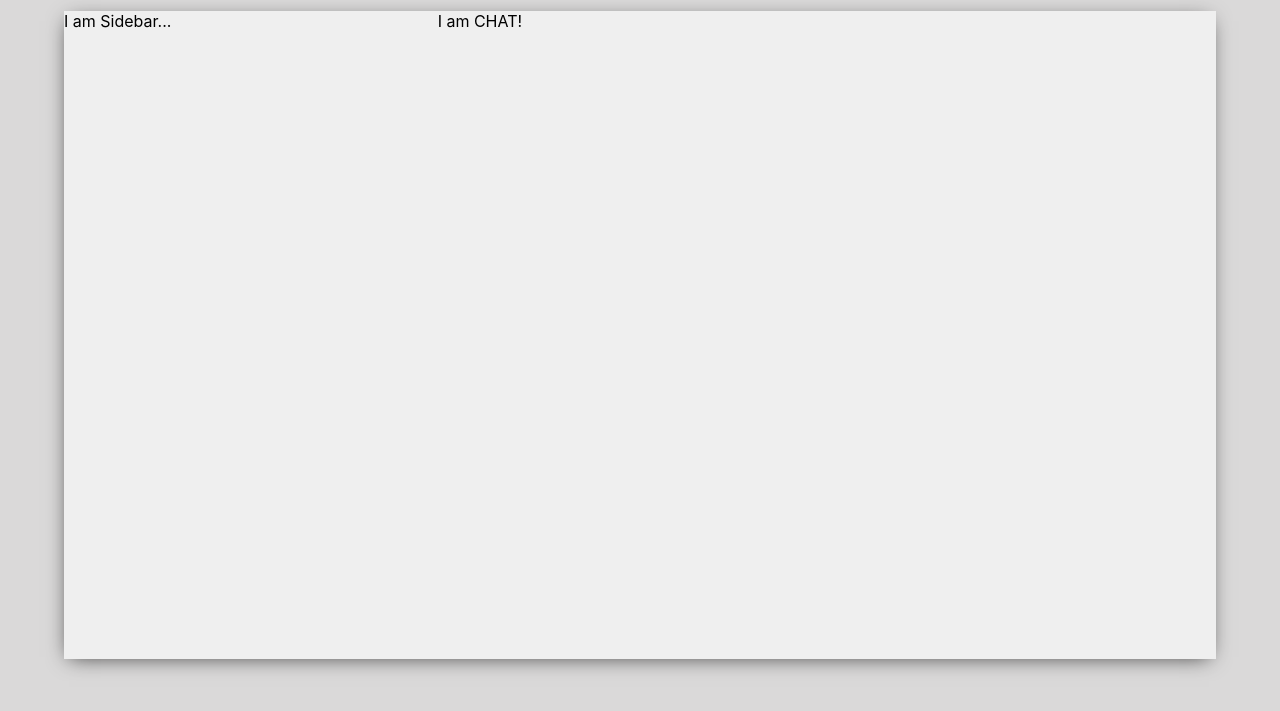
Repository: BogoGit/clone-whatsapp
Page: / (app in whatsapp-front/)
An editor plug-in stored every save of this project. The page is shown before and after the next save, followed by the edit.
The browser window is 1280 px wide. The pictures show the whole page.
The project was rebuilt for these pictures with package versions that can differ from the ones it lists, and the page was loaded fresh each time.

Above is the page before, as saved 2020-11-18 16:44:33.

After the next save:
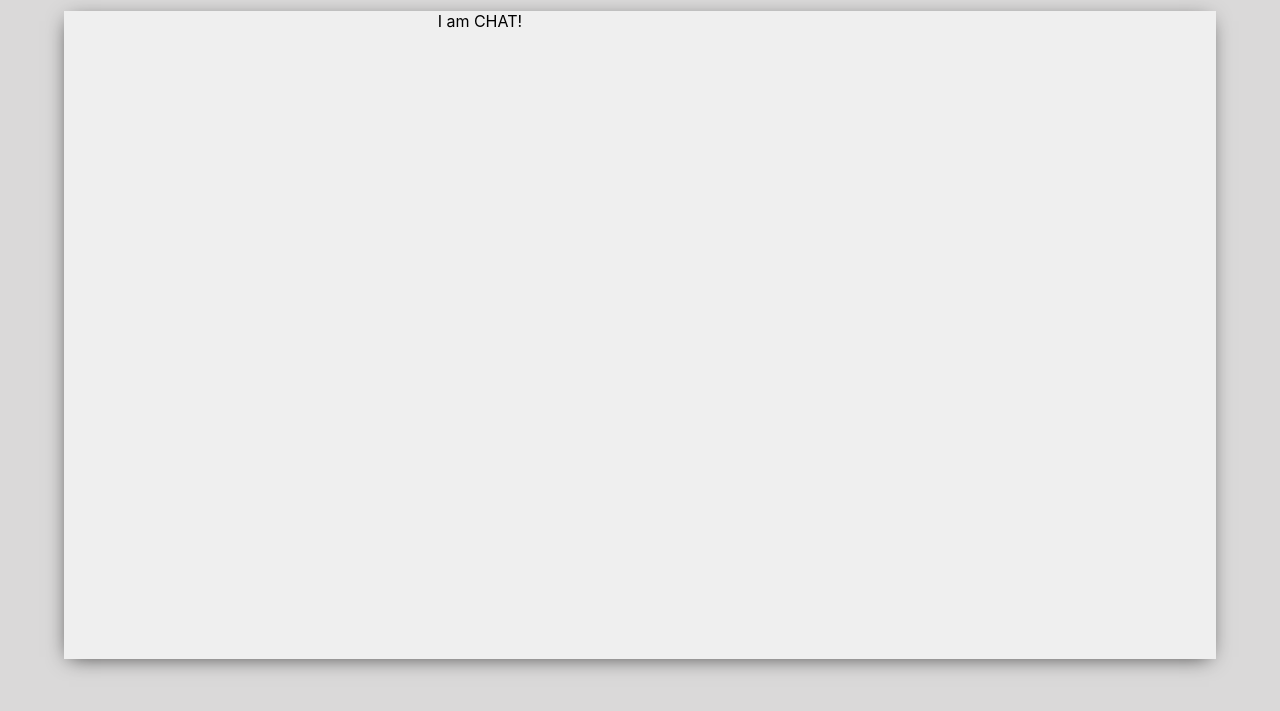
Saved 50 s later.
--- a/whatsapp-front/src/Components/Sidebar.js
+++ b/whatsapp-front/src/Components/Sidebar.js
@@ -2,7 +2,11 @@ import React from 'react'
 import './Sidebar.css'
 
 const Sidebar = () => {
-	return <div class='sidebar'>I am Sidebar...</div>
+	return (
+		<div class='sidebar'>
+			<div className='sidebar__header'></div>
+		</div>
+	)
 }
 
 export default Sidebar
